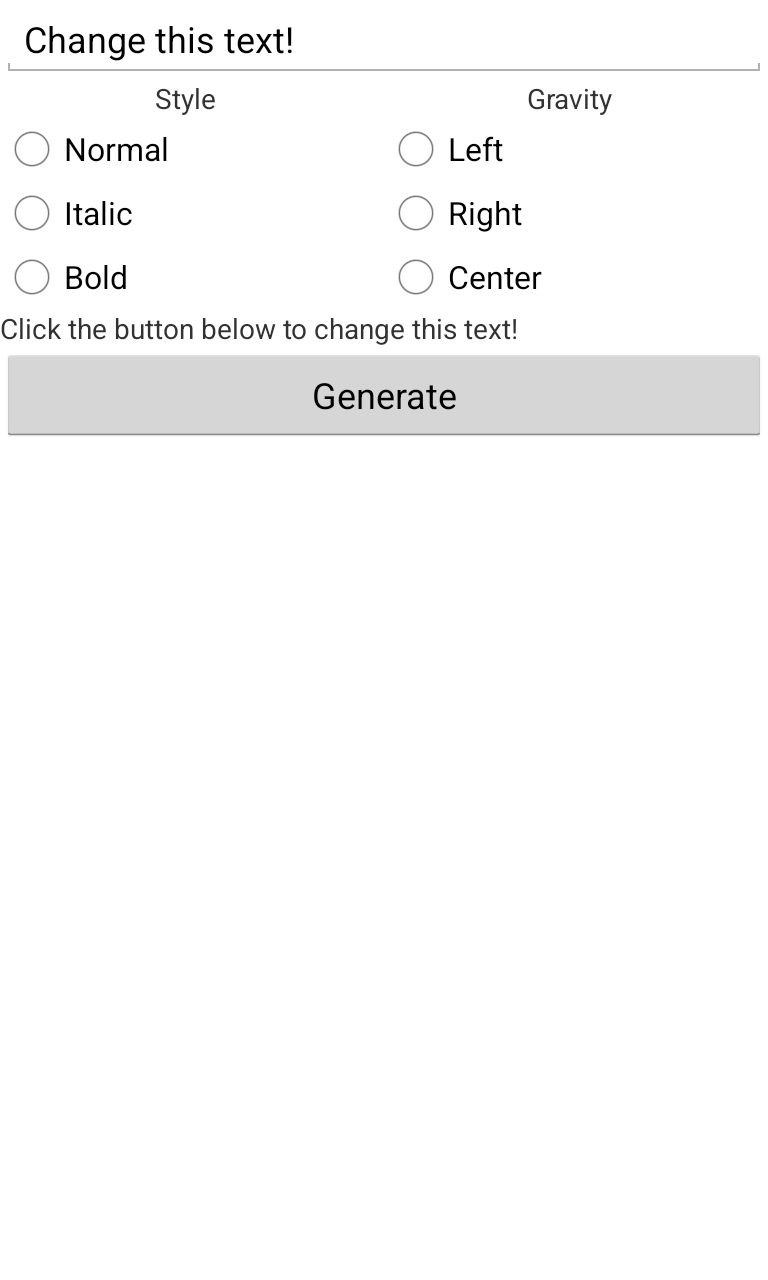
Repository: Cappo/ACM-Android-Development-SIG
Layout: Cappo/res/layout/tutorial1.xml
These files come from the project's save history. The layout is drawn as it stood at one moment and after the next save; the edit follows.
It is drawn on a 768 x 1280 px phone screen (xhdpi) without system bars, with theme AppTheme; the app's code is not run.

Above is the layout before, as saved 2013-09-15 02:02:37.

### Cappo/res/layout/tutorial1.xml
<?xml version="1.0" encoding="utf-8"?>
<LinearLayout xmlns:android="http://schemas.android.com/apk/res/android"
    android:layout_width="match_parent"
    android:layout_height="match_parent"
    android:orientation="vertical" >

    <EditText
        android:id="@+id/editText1"
        android:layout_width="fill_parent"
        android:layout_height="wrap_content"
        android:text="Change this text!" />

    <LinearLayout
        android:layout_width="match_parent"
        android:layout_height="wrap_content"
        android:orientation="horizontal"
        android:weightSum="2" >

        <TextView
            android:id="@+id/style"
            android:layout_width="wrap_content"
            android:layout_height="wrap_content"
            android:layout_weight="1"
            android:gravity="center"
            android:text="Style" />

        <TextView
            android:id="@+id/gravity"
            android:layout_width="wrap_content"
            android:layout_height="wrap_content"
            android:layout_weight="1"
            android:gravity="center"
            android:text="Gravity" />

    </LinearLayout>

    <LinearLayout
        android:layout_width="fill_parent"
        android:layout_height="wrap_content"
        android:orientation="horizontal"
        android:weightSum="2" >
    <RadioGroup
        android:orientation="vertical"
        android:layout_width="fill_parent"
        android:layout_height="wrap_content"
        android:layout_weight="1" >

	    <RadioButton
	        android:id="@+id/normal"
	        android:layout_width="wrap_content"
	        android:layout_height="wrap_content"
	        android:text="Normal" />
	    <RadioButton
	        android:id="@+id/italic"
	        android:layout_width="wrap_content"
	        android:layout_height="wrap_content"
	        android:text="Italic" />
	    <RadioButton
	        android:id="@+id/bold"
	        android:layout_width="wrap_content"
	        android:layout_height="wrap_content"
	        android:text="Bold" />

	</RadioGroup>
	<RadioGroup
        android:orientation="vertical"
        android:layout_width="fill_parent"
        android:layout_height="wrap_content"
        android:layout_weight="1" >

	    <RadioButton
	        android:id="@+id/left"
	        android:layout_width="wrap_content"
	        android:layout_height="wrap_content"
	        android:text="Left" />
	    <RadioButton
	        android:id="@+id/right"
	        android:layout_width="wrap_content"
	        android:layout_height="wrap_content"
	        android:text="Right" />
	    <RadioButton
	        android:id="@+id/center"
	        android:layout_width="wrap_content"
	        android:layout_height="wrap_content"
	        android:text="Center" />

	 </RadioGroup>
	 </LinearLayout>

    <TextView
        android:id="@+id/textView3"
        android:layout_width="match_parent"
        android:layout_height="wrap_content"
        android:text="Click the button below to change this text!" />

    <Button
        android:id="@+id/generate"
        android:layout_width="match_parent"
        android:layout_height="wrap_content"
        android:text="Generate" />

</LinearLayout>

Loaded but not shown: Cappo/res/values/styles.xml (common file); Cappo/res/values-v11/styles.xml (common file); Cappo/res/values-v14/styles.xml (common file)

After the next save:
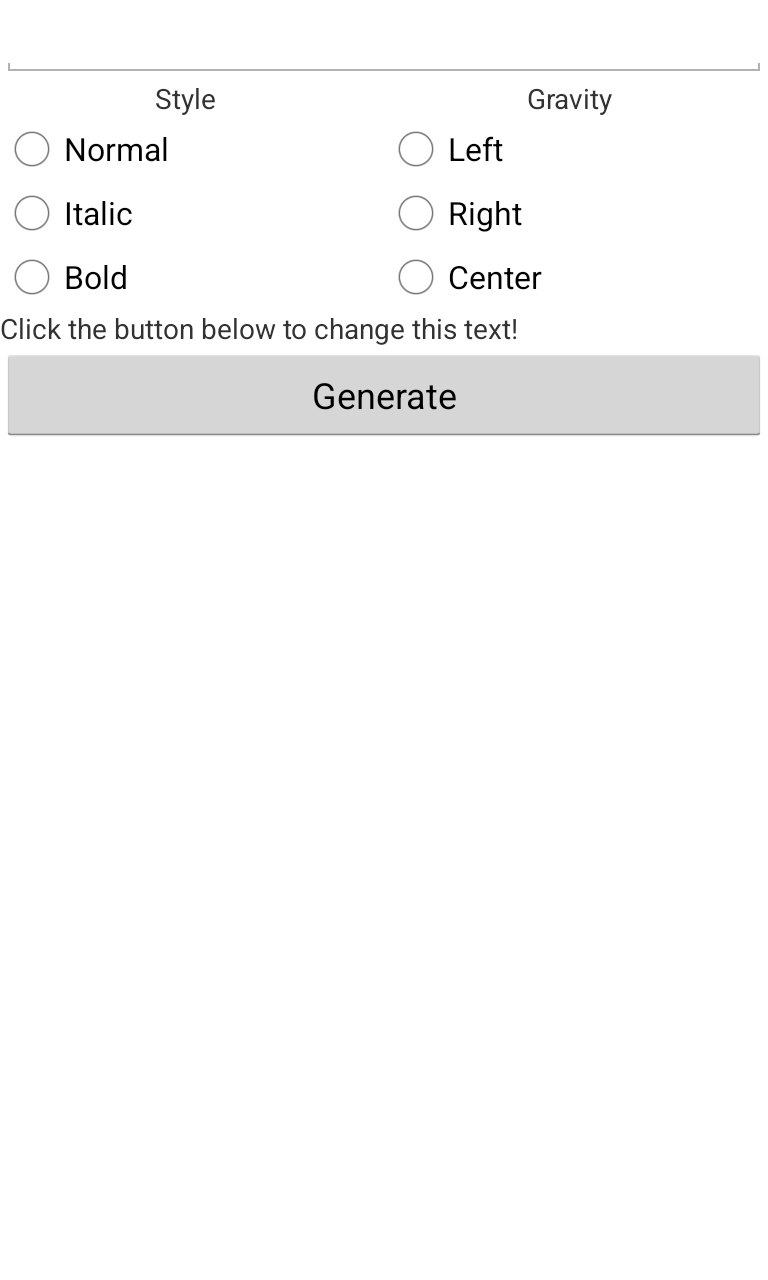
Saved 20 s later.
--- a/Cappo/res/layout/tutorial1.xml
+++ b/Cappo/res/layout/tutorial1.xml
@@ -8,7 +8,7 @@
         android:id="@+id/editText1"
         android:layout_width="fill_parent"
         android:layout_height="wrap_content"
-        android:text="Change this text!" />
+        android:text="" />
 
     <LinearLayout
         android:layout_width="match_parent"
